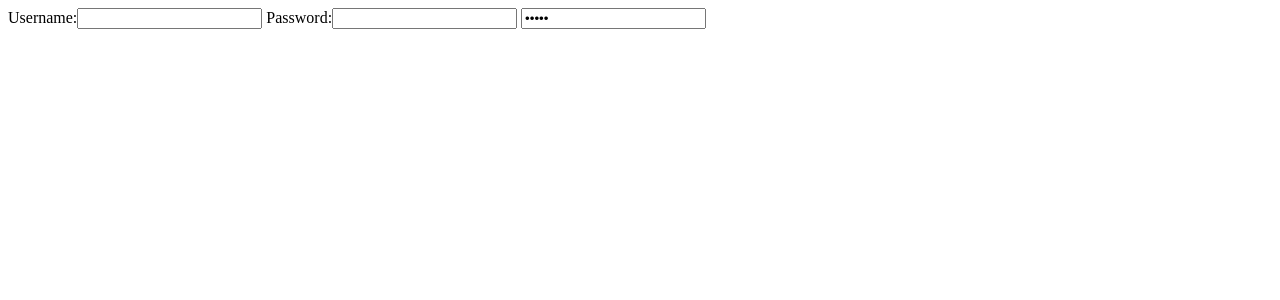
Repository: anujsoni10001/JSP-Servlet
Page: FinalProject/minor - Copy/Minor/WebContent/adminlogin.html
An editor plug-in stored every save of this project. The page is shown before and after the next save, followed by the edit.
The browser window is 1280 px wide. The pictures show the whole page.

Above is the page before, as saved 2019-03-23 03:02:49.

After the next save:
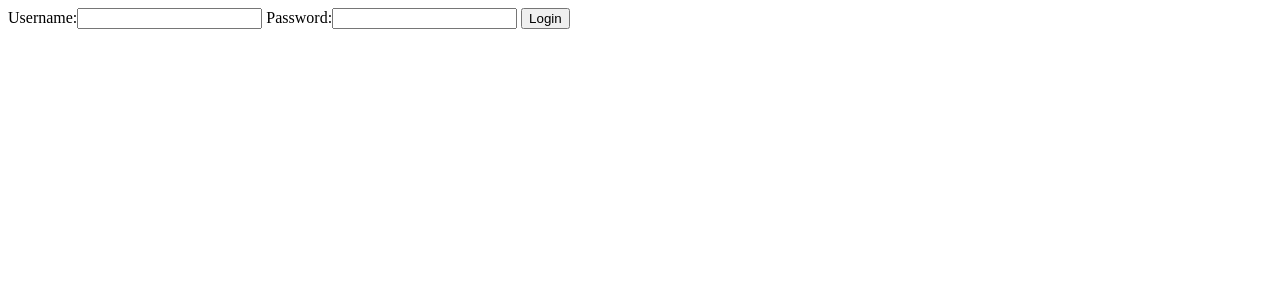
Saved 6 s later.
--- a/FinalProject/minor - Copy/Minor/WebContent/adminlogin.html
+++ b/FinalProject/minor - Copy/Minor/WebContent/adminlogin.html
@@ -8,7 +8,7 @@
 <form>
 Username:<input type="text" name="user">
 Password:<input type="password" name="pwd">
-<input type="password" value="Login">
+<input type="submit" value="Login">
 </form>
 </body>
 </html>
